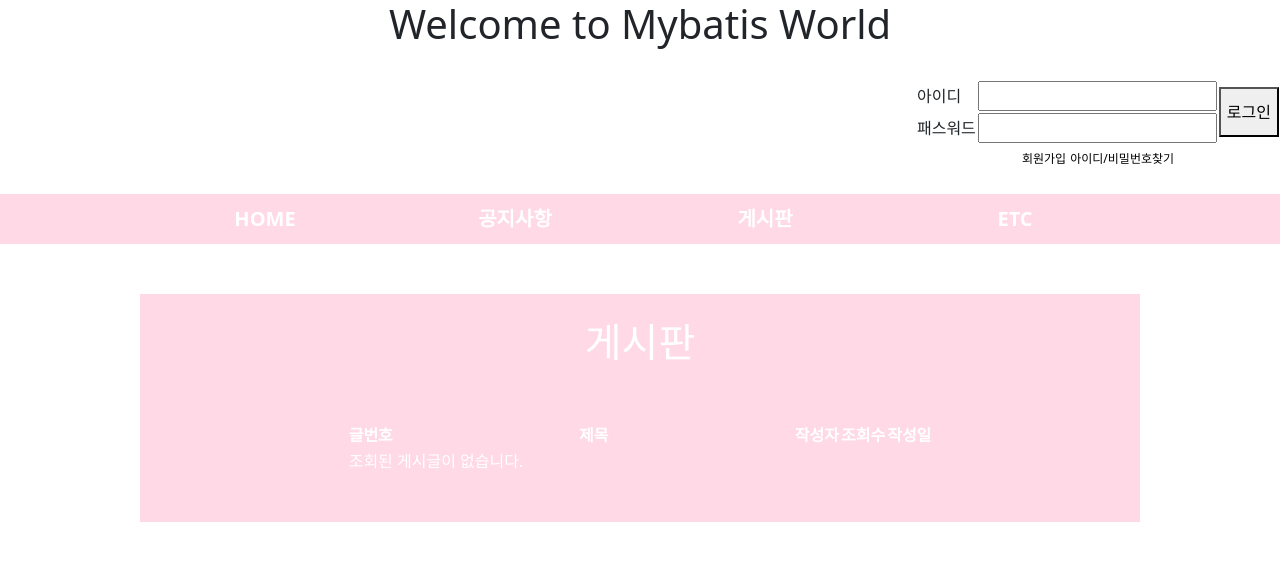
Repository: smjae96/Backup
Page: http://localhost/mybatisProject/WEB-INF/views/board/boardListView.jsp
These files come from the project's save history. The page is drawn as it stood at one moment and after the next save; the edit follows.
The browser window is 1280 px wide. The pictures show the whole page.
The page is served by Tomcat 9. Nobody is signed in. Other server files are loaded and not shown. The template is opened directly, without the code that normally fills it, so the values that code supplies are empty.

Above is the page before, as saved 2024-04-04 05:12:48.

### 6_mybatis/mybatisProject/webapp/WEB-INF/views/board/boardListView.jsp
<%@ page language="java" contentType="text/html; charset=UTF-8"
    pageEncoding="UTF-8"%>
<%@ taglib prefix="c" uri="http://java.sun.com/jsp/jstl/core"%>
<!DOCTYPE html>
<html>
<head>
<meta charset="UTF-8">
<title>Insert title here</title>
<style>
.list-area {
	color: black;
}
</style>
</head>
<body>
<jsp:include page="../common/menubar.jsp"/>
<div class="outer" align="center">
		<br>
		<h1 >게시판</h1>
		<br>

		<div id="search-area">
		</div>
		<br>

		<table id="list-area">
			<thead align="center">
				<tr>
					<th>글번호</th>
					<th width="400">제목</th>
					<th>작성자</th>
					<th>조회수</th>
					<th>작성일</th>
				</tr>
			</thead>
			<tbody>
				<c:choose>
				<c:when test="${not empty list }">
				<c:forEach var="b" items="${list }">
				<tr align="center">
					<td>${b.boardNo }</td>
					<td>${b.boardTitle }</td>
					<td>${b.boardWriter }</td>
					<td>${b.count }</td>
					<td>${b.createDate }</td>
				</tr>
				</c:forEach>
				</c:when>
				<c:otherwise>
					<tr>
						<td colspan="6">조회된 게시글이 없습니다.</td>
					</tr>
				</c:otherwise>
				</c:choose>
			</tbody>

		</table>
		<br>

		<div id="paging-area">
		</div>
		<br>
</div>

</body>
</html>

### 6_mybatis/mybatisProject/webapp/WEB-INF/views/common/menubar.jsp
<%@ page language="java" contentType="text/html; charset=UTF-8"
    pageEncoding="UTF-8"%>
<%@ taglib prefix="c" uri="http://java.sun.com/jsp/jstl/core"%>
<!DOCTYPE html>
<html>
<head>
<meta charset="UTF-8">
<title>mybatis</title>
<style>
    .login-area a {
        text-decoration: none;
        color: black;
        font-size: 12px;
    }

    .nav-area {
        background: #ffd9e5; color: white; height: 50px;
    }
    .menu {
        display: table-cell; width: 250px; height: 50px; vertical-align: middle;
        font-size: 20px; font-weight: bold;
    }
    .menu:hover {
        background: rgb(245, 245, 151);
        cursor: pointer;
    }
    /* 공통적으로 사용되는 css */
    .outer {
        width: 1000px;
        background: #ffd9e5;
        color: white;
        margin: auto;
        margin-top: 50px;
    }
</style>
<!-- bootstrap CSS -->
<link
	href="https://cdn.jsdelivr.net/npm/bootstrap@5.3.3/dist/css/bootstrap.min.css"
	rel="stylesheet"
	integrity="sha384-QWTKZyjpPEjISv5WaRU9OFeRpok6YctnYmDr5pNlyT2bRjXh0JMhjY6hW+ALEwIH"
	crossorigin="anonymous">
<!-- bootstrap JS -->
<script
	src="https://cdn.jsdelivr.net/npm/bootstrap@5.3.3/dist/js/bootstrap.bundle.min.js"
	integrity="sha384-YvpcrYf0tY3lHB60NNkmXc5s9fDVZLESaAA55NDzOxhy9GkcIdslK1eN7N6jIeHz"
	crossorigin="anonymous"></script>
</head>
<body>
	<c:if test="${alertMsg != null }">
		<script>
			alert("${alertMsg}")
		</script>
		<c:remove var="alertMsg" scope="session" />
	</c:if>
    <h1 align="center">Welcome to Mybatis World</h1>
    <br>
    <div class="login-area" align="right">
        <!-- 로그인 전 표시할 부분-->
        <!-- choose-when-otherwise 쓸 때는 그 내부에 주석이 들어가면 안됨. -->
        <c:choose>
			<c:when test="${loginUser == null}">
        <form action="login.me" method="post">
            <table>
                <tr>
                    <td>아이디</td>
                    <td><input type="text" name="userId"></td>
                    <td rowspan="2">
                        <button type="submit" style="height: 50px;">로그인</button>
                    </td>
                </tr>
                <tr>
                    <td>패스워드</td>
                    <td><input type="password" name="userPwd"></td>
                </tr>
                <tr>
                    <td colspan="3" align="center">
                        <a href="enrollForm.me">회원가입</a>
                        <a href="">아이디/비밀번호찾기</a>
                    </td>
                </tr>
            </table>
        </form>
        </c:when>
        <c:otherwise>
        <div>
            <table>
                <tr>
                    <td colspan="2">
                        <h3>${loginUser.userName }님 환영합니다^^</h3>
                    </td>
                </tr>
                <tr align="center">
                    <td><a href="mypage.me">마이페이지</a></td>
                    <td><a href="logout.me">로그아웃</a></td>
                </tr>
            </table>
        </div>
        </c:otherwise>
    </c:choose>
    </div>

    <br>
    <div class="nav-area" align="center">
        <div class="menu">HOME</div>
        <div class="menu">공지사항</div>
        <div class="menu" onclick="board()">게시판</div>
        <div class="menu">ETC</div>
    </div>
</body>
<script>
	function board() {
		location.href = "list.bo?cpage=1";
	}
</script>
</html>

After the next save:
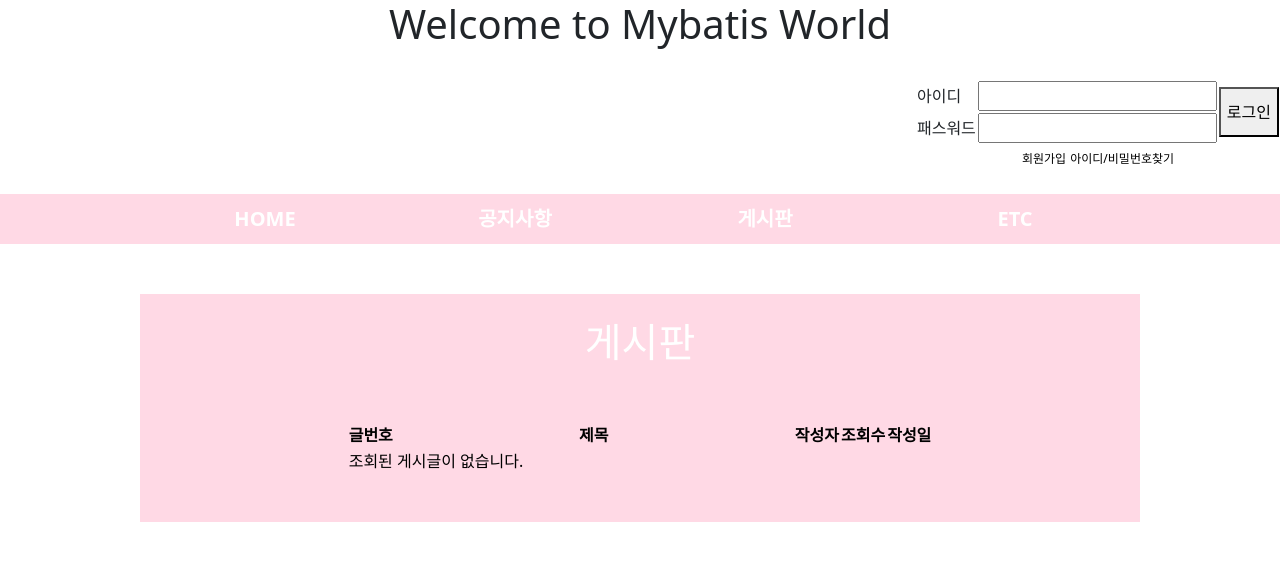
Saved 36 s later.
--- a/6_mybatis/mybatisProject/webapp/WEB-INF/views/board/boardListView.jsp
+++ b/6_mybatis/mybatisProject/webapp/WEB-INF/views/board/boardListView.jsp
@@ -7,7 +7,7 @@
 <meta charset="UTF-8">
 <title>Insert title here</title>
 <style>
-.list-area {
+#list-area {
 	color: black;
 }
 </style>
